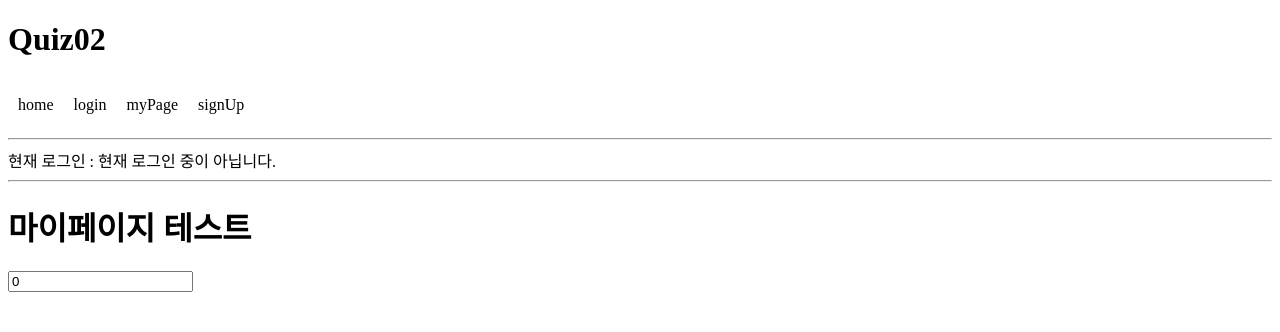
Repository: ChimmyWorld/JSP
Page: http://localhost/Day50/quiz2/myPage.jsp
These files come from the project's save history. The page is drawn as it stood at one moment and after the next save; the edit follows.
The browser window is 1280 px wide. The pictures show the whole page.
The page is served by Tomcat 9.

Above is the page before, as saved 2023-09-20 23:55:03.

After the next save:
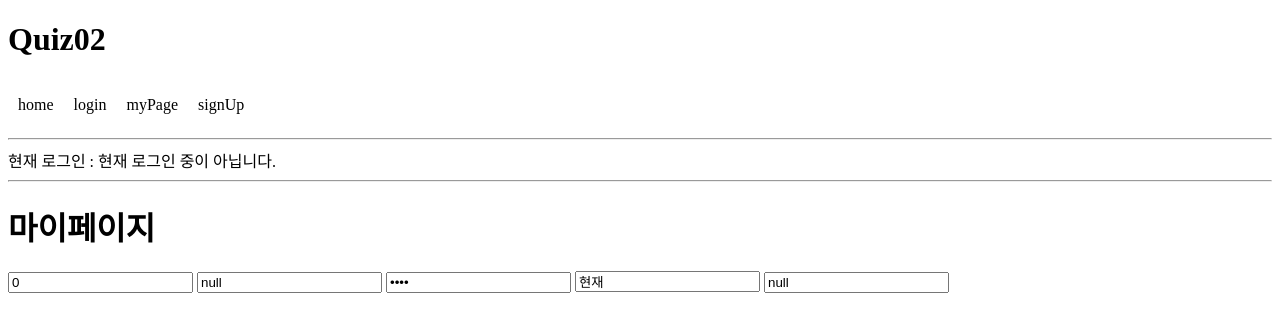
Saved 3 min 11 s later.
--- a/Day50/WebContent/quiz2/myPage.jsp
+++ b/Day50/WebContent/quiz2/myPage.jsp
@@ -2,9 +2,22 @@
     pageEncoding="UTF-8"%>
 <%@ include file="header.jsp"%>
 
-<h1>마이페이지 테스트</h1>
+<h1>마이페이지</h1>
+
+<label for="idx"></label>
+<input id="userid" name="userid" value= <%=user.getIdx() %>>
 
 <label for="userid"></label>
-<input id="userid" name="userid" value=<%=user.getIdx() %>>
+<input id="userid" name="userid" value=<%=user.getUserid() %>>
+
+<lable for="userpw"></label>
+<input id="userpw" type="password" name="userpw" value=<%=user.getUserpw() %>>
+
+<label for="nick"></label>
+<input id="nick" name="nick" value=<%=user.getNick() %>>
+
+<label for="email"></label>
+<input id="email" name="email" value=<%=user.getEmail() %>>
+
 </body>
 </html>
